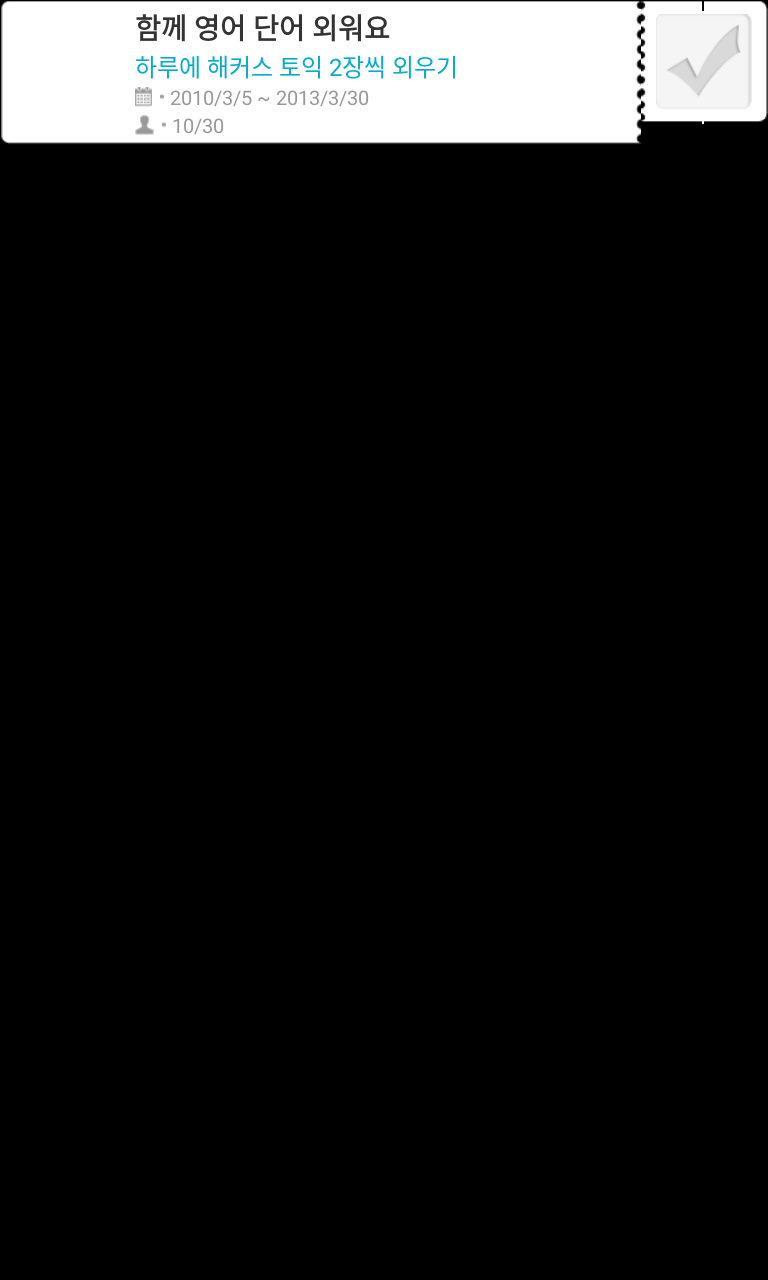
Repository: belhyun/witherest-android
Layout: Witherest/res/layout/mycheck_list_item_row.xml
These files come from the project's save history. The layout is drawn as it stood at one moment and after the next save; the edit follows.
It is drawn on a 768 x 1280 px phone screen (xhdpi) without system bars, with theme android:Theme.Holo; the app's code is not run.

Above is the layout before, as saved 2013-07-06 09:36:11.

After the next save:
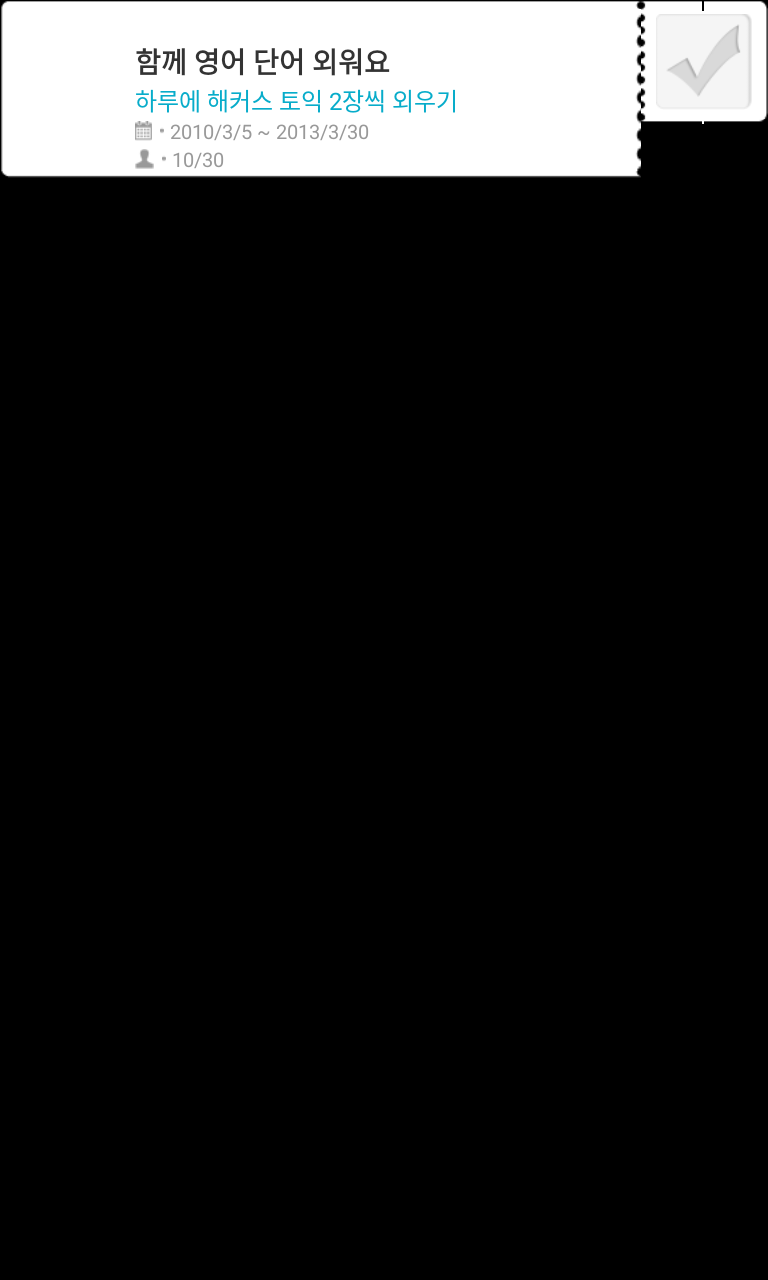
Saved 7 s later.
--- a/Witherest/res/layout/mycheck_list_item_row.xml
+++ b/Witherest/res/layout/mycheck_list_item_row.xml
@@ -20,7 +20,7 @@
             android:background="@drawable/mycheck_list_row_on_off"
             android:clickable="true"
             android:paddingBottom="3dp"
-            android:paddingTop="3dp" >
+            android:paddingTop="20dp" >
 
             <LinearLayout
                 android:id="@+id/mycheck_row_thumbnail"
